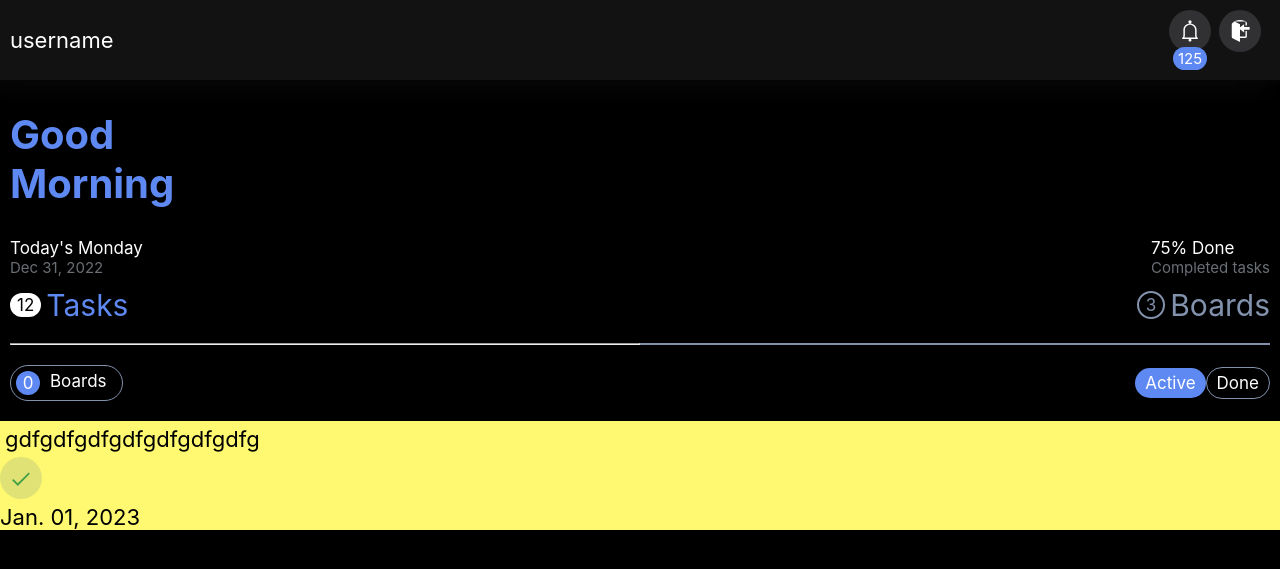
Repository: ShindanoSingi/todo-app
Page: /
The author's editor kept a copy of each file at every save. The page is drawn from the files as they stood at one save, then again after the next save.
The browser window is 1280 px wide. The pictures show the whole page.
The project was rebuilt for these pictures with package versions that can differ from the ones it lists, and the page was loaded fresh each time. Also part of the build but not shown: src/pages/LandingPage.js.

Above is the page before, as saved 2023-01-01 19:45:16.

### src/index.css
* {
  font-size: 22px;
  margin: 0;
  padding: 0;
}

body {
  margin: 0;
  padding: 0;
  font-family: -apple-system, BlinkMacSystemFont, 'Segoe UI', 'Roboto', 'Oxygen',
    'Ubuntu', 'Cantarell', 'Fira Sans', 'Droid Sans', 'Helvetica Neue',
    sans-serif;
  -webkit-font-smoothing: antialiased;
  -moz-osx-font-smoothing: grayscale;
}

code {
  font-family: source-code-pro, Menlo, Monaco, Consolas, 'Courier New',
    monospace;
}

.signin-icon-signin-text-container {
  display: flex;
  align-items: center;
  flex-direction: column;
}

.bell-icon-bell-num-container {
  display: flex;
  flex-direction: column;
  align-items: center;
  margin-left: 20px;
}

.signin-text {
  display: none;
}

.bell-num,
.signin-text {
  font-size: 15px;
}

.bell-num {
  text-align: center;
  color: #fff;
  padding: 2px 5px;
  background-color: #5f89f2;
  border-radius: 50px;
  margin-top: -5px;
}

.bell-icon,
.signin-icon {
  color: white;
  padding: 10px;
  border-radius: 50px;
  background-color: #313133;
}

div.signin-icon-signin-text-container:hover p.signin-text {
  display: block;
}

.bell-icon-signin-container {
  display: grid;
  grid-template-columns: 60px 60px;
}

.username,
.signin-text {
  color: #fff;
}

.nav-bar {
  display: flex;
  align-items: center;
  justify-content: space-between;
  padding: 10px;
  background: #121212;
  box-shadow: -11px 11px 22px #070707, 11px -11px 22px #1d1d1d;
}

h1 {
  position: absolute;
  top: 10%;
  z-index: 1;
}

h2 {
  font-size: 40px;
  color: #5f89f2;
}

.salutation-container {
  margin-top: 30px;
  padding-left: 10px;
}

.day,
.percent,
.small-boards,
.done,
.active {
  font-size: 17px;
  color: #ffffff;
}

.date,
.completed {
  font-size: 15px;
  color: #6a6f75;
}

.day-to-percent-container {
  display: flex;
  justify-content: space-between;
  padding: 10px;
  margin-top: 20px;
}

.tasks-num {
  text-align: center;
  font-size: 17px;
  background: #ffff;
  padding: 2px 7px;
  border-radius: 50px;
  height: 20px;
}

.tasks {
  font-size: 30px;
  font-weight: light;
  color: #5f89f2;
}

.boards-num {
  font-size: 17px;
  color: #8292ad;
  border: 2px solid #8292ad;
  padding: 2px 7px;
  border-radius: 50px;
  height: 20px;
}

.big-boards {
  font-size: 30px;
  font-weight: light;
  color: #8292ad;
}

.tasks-num-tasks-container,
.boards-num-boards-container {
  display: flex;
  align-items: center;
  gap: 5px;
}

.line-tasks {
  width: 50%;
}

.line-boards {
  width: 50%;
  border: 1px solid #8292ad;
}

.line-tasks-ine-boards-container {
  display: flex;
  justify-content: space-between;
  /* margin-top: 10px; */
  padding: 0 10px;
}

.tasks-to-boards-container {
  display: flex;
  justify-content: space-between;
  padding: 0 10px;
}

.num-boards {
  font-size: 17px;
  text-align: center;
  color: #fff;
  background: #5f89f2;
  padding: 2px;
  border-radius: 50px;
  height: 20px;
  width: 20px;
}

.small-boards {
  color: #fff;
}

.num-boards-small-boards-container {
  display: flex;
  gap: 10px;
  border: 1px solid #8292ad;
  padding: 5px;
  border-radius: 50px;
  padding-right: 15px;
}

.active {
  text-align: center;
  background: #5f89f2;
  padding: 0px 10px;
  border-radius: 50px;
  padding: 5px 10px;
}

.done {
  display: flex;
  gap: 10px;
  border: 1px solid #8292ad;
  border-radius: 50px;
  padding: 5px 10px;
}

.active-done-container {
  display: flex;
  align-items: center;
}

.num-boards-to-small-boards-container {
  display: flex;
  justify-content: space-between;
  align-items: center;
  padding: 0 10px;
}

.task-title {
  word-wrap: break-word;
  padding: 5px;
  width: 80%;
}

.check-circle-icon {
  color: white;
  padding: 10px;
  border-radius: 50px;
  background: rgba(121, 141, 139, 0.21);
}

.todo-card {
  margin: 0 10px;
  padding: 15px;
  min-height: 50px;
  border-radius: 30px;
  display: flex;
  align-items: center;
  justify-content: space-between;
}

.todos-container {
  display: flex;
  flex-direction: column;
  gap: 5px;
  max-height: 290px;
  overflow-y: scroll;
  padding-bottom: 5px 0px;
}

.main {
  display: flex;
  flex-direction: column;
  gap: 20px;
}

/* Credit: Cole McCombs; */
.landing-page-wrapper {
  height: 100%;
  display: flex;
  flex-direction: column;
  align-items: center;
  justify-content: center;
}

/* Credit: Cole McCombs; */
.button {
  min-width: 150px;
  min-height: 40px;
  font-family: 'Nunito', sans-serif;
  font-size: 22px;
  text-transform: uppercase;
  letter-spacing: 1.3px;
  font-weight: 700;
  color: #313133;
  background: #37b7ff;
  background: linear-gradient(
    90deg,
    rgb(59, 123, 190) 0%,
    rgb(29, 181, 228) 100%
  );
  border: none;
  border-radius: 1000px;
  box-shadow: 12px 12px 24px rgba(28, 120, 186, 0.64);
  transition: all 0.3s ease-in-out 0s;
  cursor: pointer;
  outline: none;
  position: absolute;
  top: 85%;
  padding: 10px;
}

/* Credit: Cole McCombs; */
button::before {
  content: '';
  border-radius: 1000px;
  min-width: calc(150px + 12px);
  min-height: calc(40px + 12px);
  border: 6px solid #008cff;
  box-shadow: 0 0 60px rgba(25, 150, 233, 0.64);
  position: absolute;
  top: 50%;
  left: 50%;
  transform: translate(-50%, -50%);
  opacity: 0;
  transition: all 0.3s ease-in-out 0s;
}

/* Credit: Cole McCombs; */
.button:hover,
.button:focus {
  color: #bfbfd4;
  transform: translateY(-6px);
}

/* Credit: Cole McCombs; */
button:hover::before,
button:focus::before {
  opacity: 1;
}

/* Credit: Cole McCombs; */
button::after {
  content: '';
  width: 30px;
  height: 30px;
  border-radius: 100%;
  border: 6px solid #0f8bdd;
  position: absolute;
  z-index: -1;
  top: 50%;
  left: 50%;
  transform: translate(-50%, -50%);
  animation: ring 1.5s infinite;
}

/* Credit: Cole McCombs; */
button:hover::after,
button:focus::after {
  animation: none;
  display: none;
}

/* Credit: Cole McCombs; */
@keyframes ring {
  0% {
    width: 20px;
    height: 20px;
    opacity: 1;
  }
  100% {
    width: 150px;
    height: 150px;
    opacity: 0;
  }
}

.landing-page-image {
  position: fixed;
  width: 100%;
  height: 100%;
}

.landing-page-image {
  -webkit-animation: anim 8s infinite linear;
  animation: anim 8s infinite linear;
}

@-webkit-keyframes anim {
  from {
    -webkit-transform: rotateY(0deg);
  }
  to {
    -webkit-transform: rotateY(90deg);
  }
}

@keyframes anim {
  from {
    transform: rotateY(90deg);
  }
  to {
    transform: rotateY(0deg);
  }
}

.container {
  height: 100%;
  width: 100%;
  position: fixed;
  background-color: #000000;
}

### src/App.js
import Todos from './pages/Todos'

import LandingPage from './pages/LandingPage'

function App() {
  return (
    <div className="">
      {/* <LandingPage /> */}
      <Todos />
    </div>
  )
}

export default App

### src/pages/Todos.js
import React from 'react'
import checkbox from '../assests/check.svg'
import { RxBell } from 'react-icons/rx'
import { GoSignIn } from 'react-icons/go'
import { FcCheckmark } from 'react-icons/fc'

function Todos() {
    let color = "#FEF970"
    return (
        <div className='container'>
            <div className='todos-wrapper'>
                <nav className='nav-bar'>
                    <p className='username'>username</p>
                    <div className='bell-icon-signin-container'>
                        <div className='bell-icon-bell-num-container'>
                            <RxBell className='bell-icon' />
                            <p className='bell-num'>125</p>
                        </div>
                        <div className='signin-icon-signin-text-container'>
                            <GoSignIn className='signin-icon' />
                            <p className='signin-text'>Sign In</p>
                        </div>

                    </div>
                </nav>
                <div className='salutation-container'>
                    <h2 className='good-text'>Good</h2>
                    <h2 className='morning-text'>Morning</h2>
                </div>

                <div className='day-to-percent-container'>
                    <div className='day-date-container'>
                        <p className='day'>Today's Monday</p>
                        <p className='date'>Dec 31, 2022</p>
                    </div>
                    <div className='percent-completed-container'>
                        <p className='percent'>75% Done</p>
                        <p className='completed'>Completed tasks</p>
                    </div>
                </div>
                <main className='main'>
                    <div className='tasks-to-boards-container'>
                        <div className='tasks-num-tasks-container'>
                            <p className='tasks-num'>12</p>
                            <p className='tasks'>Tasks</p>
                        </div>
                        <div className='boards-num-boards-container'>
                            <p className='boards-num'>3</p>
                            <p className='big-boards'>Boards</p>
                        </div>
                    </div>
                    <div className='line-tasks-ine-boards-container'>
                        <hr className='line-tasks' />
                        <hr className='line-boards' />
                    </div>

                    <div className='num-boards-to-small-boards-container'>
                        <div className='num-boards-small-boards-container'>
                            <p className='num-boards'>0</p>
                            <p className='small-boards'>Boards</p>
                        </div>
                        <div className='active-done-container'>
                            <p className='active'>Active</p>
                            <p className='done'>Done</p>
                        </div>
                    </div>
                    <div className='todos-container'>
                        <div style={{ backgroundColor: color }}>
                            <div >
                                <p className='task-title'>gdfgdfgdfgdfgdfgdfgdfg</p>
                                < FcCheckmark className='check-circle-icon' />
                            </div>
                            <p className=''>Jan. 01, 2023</p>
                        </div>

                    </div>

                </main>
            </div>
        </div>
    )
}

export default Todos

Loaded but not shown: public/index.html (common file); src/index.js (common file); src/reportWebVitals.js (common file)

After the next save:
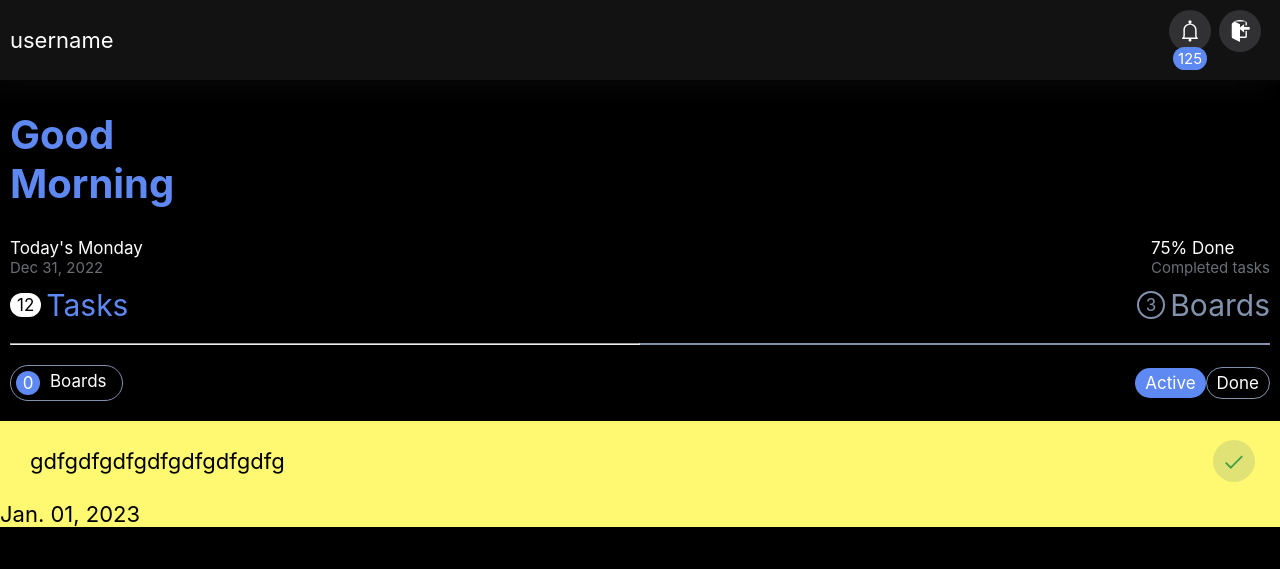
Saved 13 s later.
--- a/src/pages/Todos.js
+++ b/src/pages/Todos.js
@@ -66,7 +66,7 @@ function Todos() {
                     </div>
                     <div className='todos-container'>
                         <div style={{ backgroundColor: color }}>
-                            <div >
+                            <div className='todo-card'>
                                 <p className='task-title'>gdfgdfgdfgdfgdfgdfgdfg</p>
                                 < FcCheckmark className='check-circle-icon' />
                             </div>
